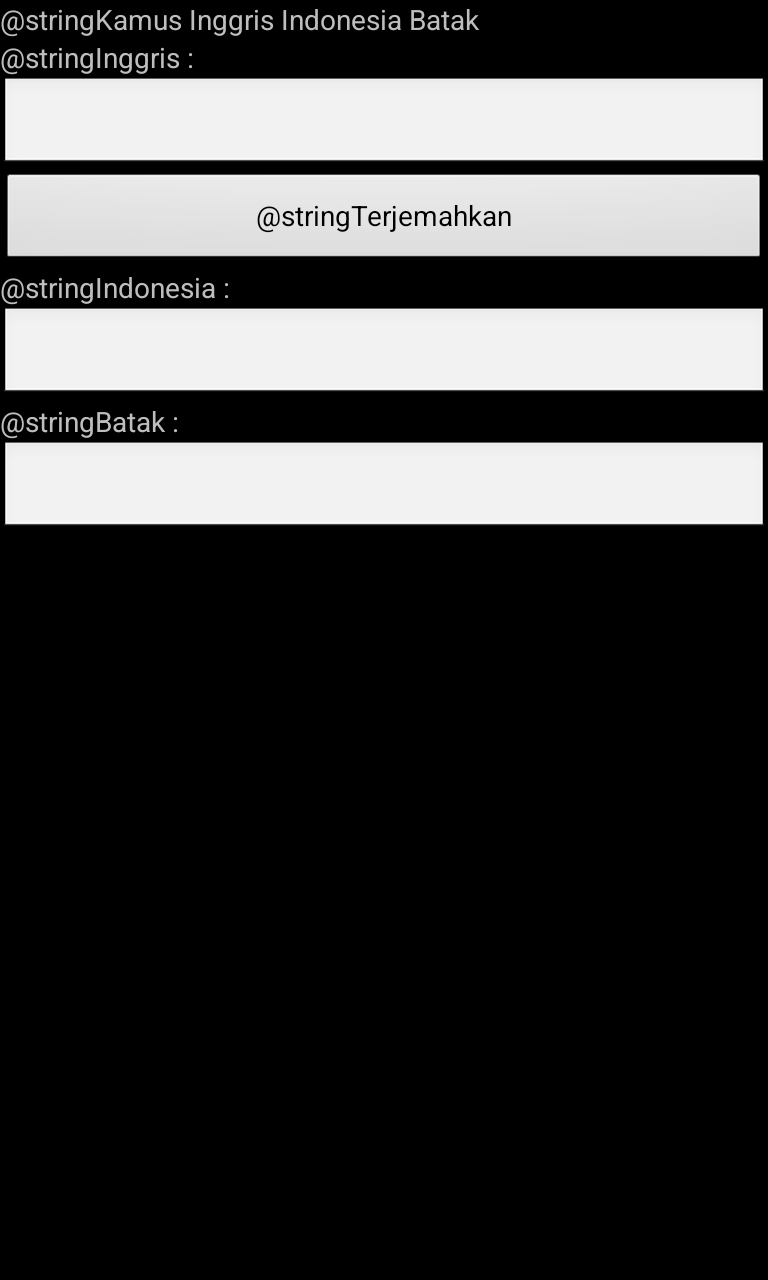
Repository: AndenWano/kamusbahasaindonesia
Layout: KamusKomputer/Kamus/res/layout/activity_show_kamus.xml
These files come from the project's save history. The layout is drawn as it stood at one moment and after the next save; the edit follows.
It is drawn on a 768 x 1280 px phone screen (xhdpi) without system bars, with theme android:Theme; the app's code is not run.

Above is the layout before, as saved 2014-12-21 10:14:35.

### KamusKomputer/Kamus/res/layout/activity_show_kamus.xml
<?xml version="1.0" encoding="utf-8"?>
<LinearLayout
xmlns:android="http://schemas.android.com/apk/res/android"
android:orientation="vertical"
android:layout_width="fill_parent"
android:layout_height="fill_parent"
>
<TextView
android:layout_width="fill_parent"
android:layout_height="wrap_content"
android:text="@stringKamus Inggris Indonesia Batak"
/>
<TextView
android:text="@stringInggris :"
android:id="@+id/TextView01"
android:layout_width="wrap_content"
android:layout_height="wrap_content">
</TextView>
<EditText
android:text=""
android:id="@+id/txtInggris"
android:layout_width="fill_parent"
android:layout_height="wrap_content"
/>
<Button
android:text="@stringTerjemahkan"
android:id="@+id/btnTerjemah"
android:layout_width="fill_parent"
android:layout_height="wrap_content"
android:onClick="getTerjemahan"
/>
<TextView
android:text="@stringIndonesia :"
android:id="@+id/TextView03"
android:layout_width="wrap_content"
android:layout_height="wrap_content"
/>
<EditText
android:text=""
android:id="@+id/txtIndonesia"
android:layout_width="fill_parent"
android:layout_height="wrap_content"
android:editable="false"
/>
<TextView
android:text="@stringBatak :"
android:id="@+id/TextView04"
android:layout_width="wrap_content"
android:layout_height="wrap_content"
/>
<EditText
android:text=""
android:id="@+id/txtBatak"
android:layout_width="fill_parent"
android:layout_height="wrap_content"
android:editable="false"
/>
</LinearLayout>

After the next save:
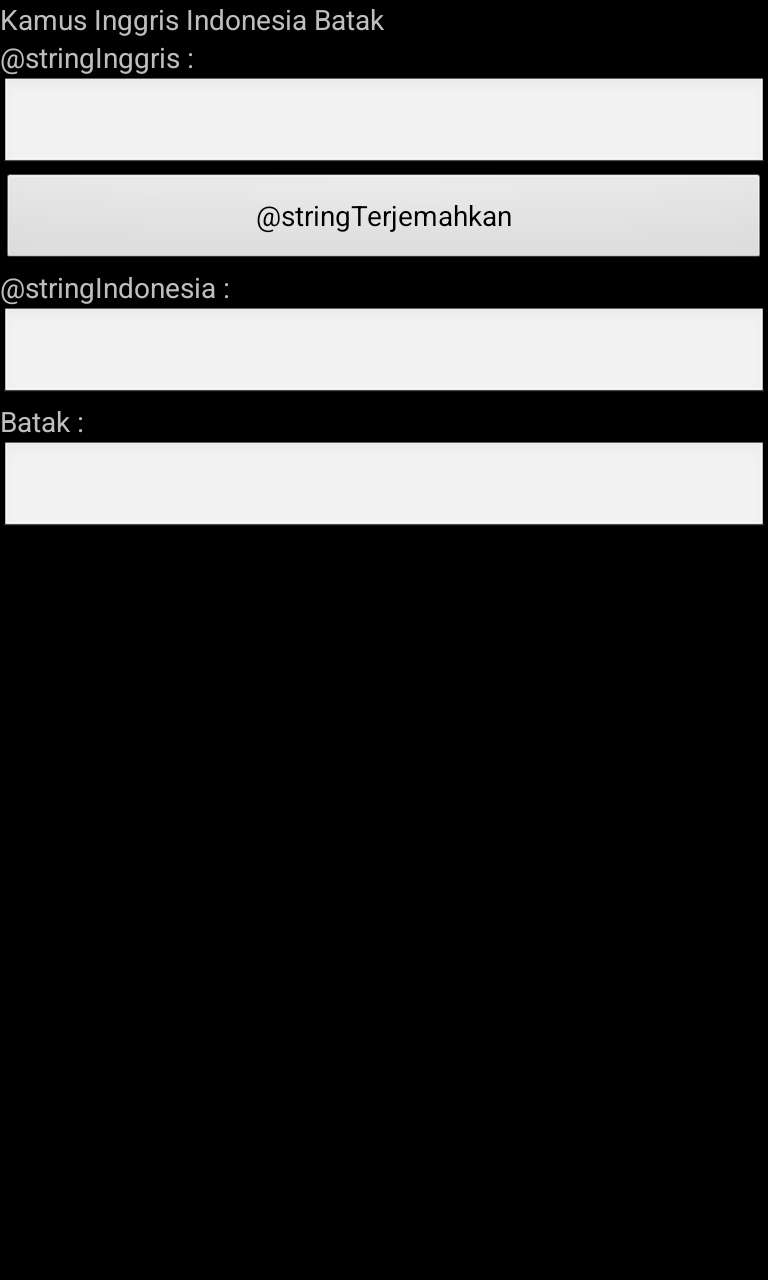
Saved 3 min 7 s later.
--- a/KamusKomputer/Kamus/res/layout/activity_show_kamus.xml
+++ b/KamusKomputer/Kamus/res/layout/activity_show_kamus.xml
@@ -8,7 +8,7 @@ android:layout_height="fill_parent"
 <TextView
 android:layout_width="fill_parent"
 android:layout_height="wrap_content"
-android:text="@stringKamus Inggris Indonesia Batak"
+android:text="Kamus Inggris Indonesia Batak"
 />
 <TextView
 android:text="@stringInggris :"
@@ -43,7 +43,7 @@ android:layout_height="wrap_content"
 android:editable="false"
 />
 <TextView
-android:text="@stringBatak :"
+android:text="Batak :"
 android:id="@+id/TextView04"
 android:layout_width="wrap_content"
 android:layout_height="wrap_content"
